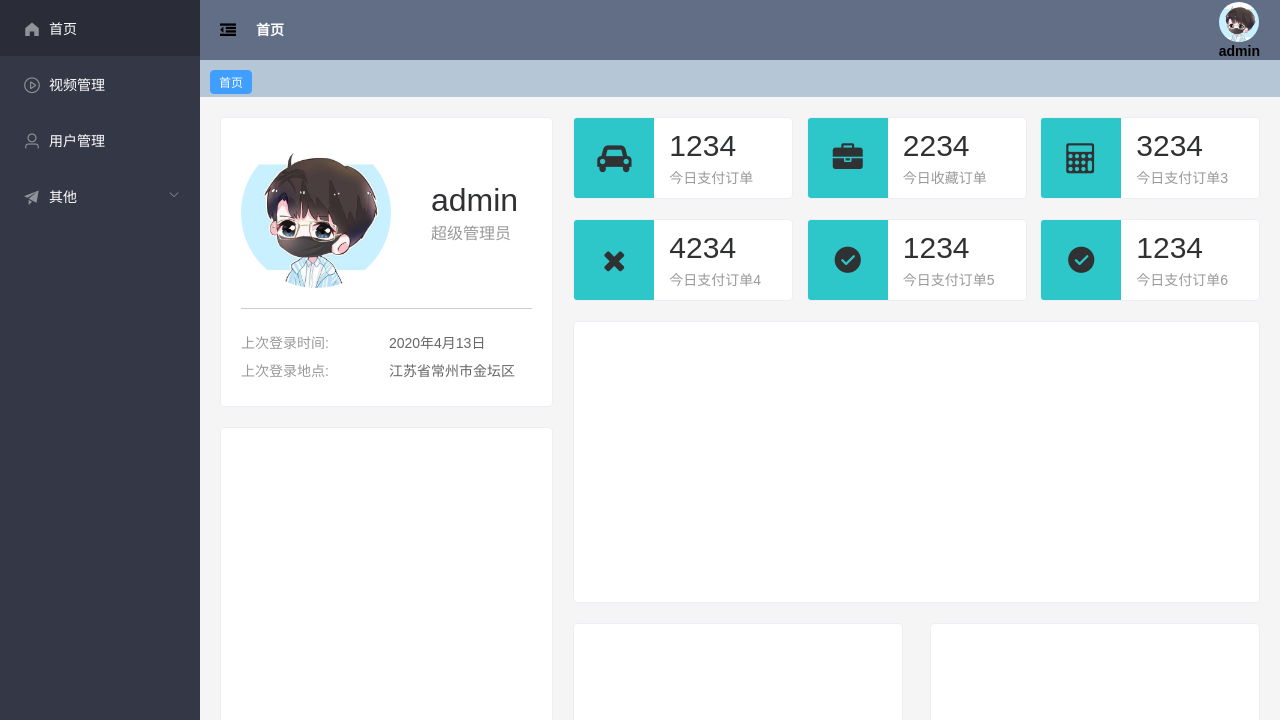
Repository: coWhy/vue-manage
Page: /
The author's editor kept a copy of each file at every save. The page is drawn from the files as they stood at one save, then again after the next save.
The browser window is 1280 px wide. The pictures show the whole page.
An inner scrolling area shows only its first screen. The project was rebuilt for these pictures with package versions that can differ from the ones it lists, and the page was loaded fresh each time. Also part of the build but not shown: vue.config.js.

Above is the page before, as saved 2020-04-13 23:55:13.

After the next save:
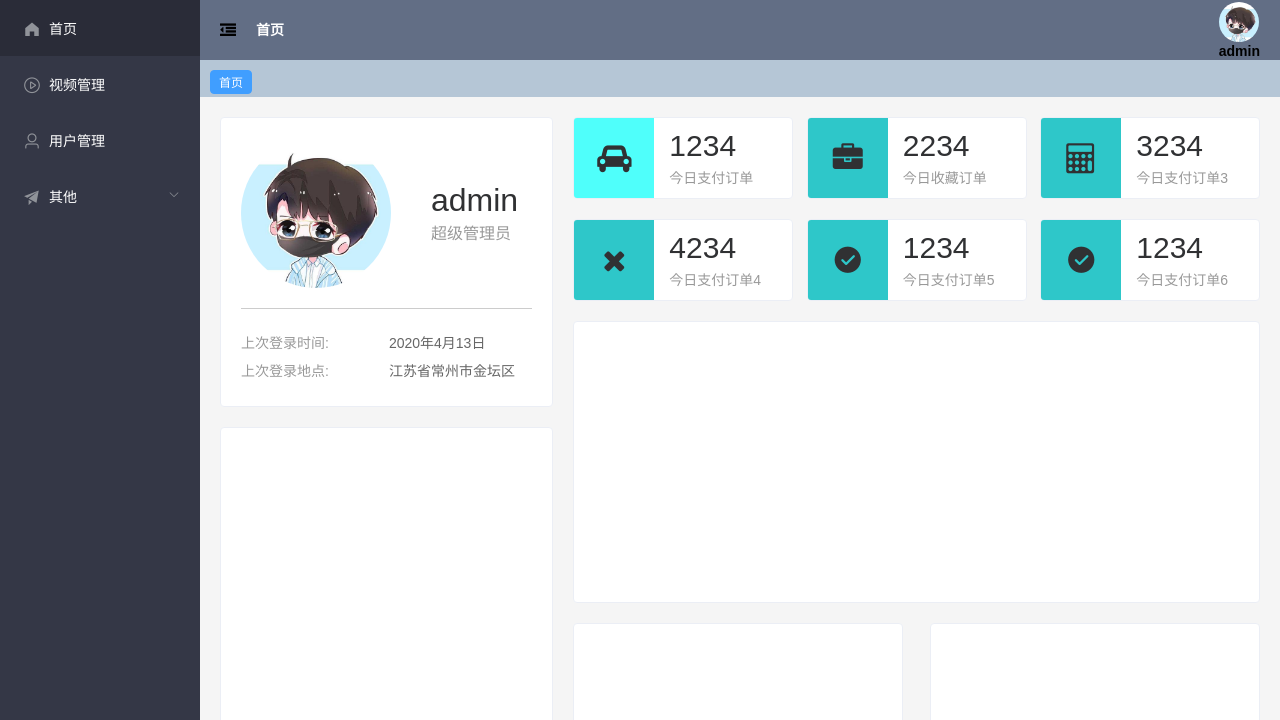
Saved 54 s later.
--- a/src/views/home/index.vue
+++ b/src/views/home/index.vue
@@ -75,7 +75,7 @@
           name: '今日支付订单',
           value: 1234,
           icon: 'fa fa-car',
-          color: '#2ec7c9'
+          color: '#4ffffb'
         },
         {
           name: '今日收藏订单',

After the save that followed:
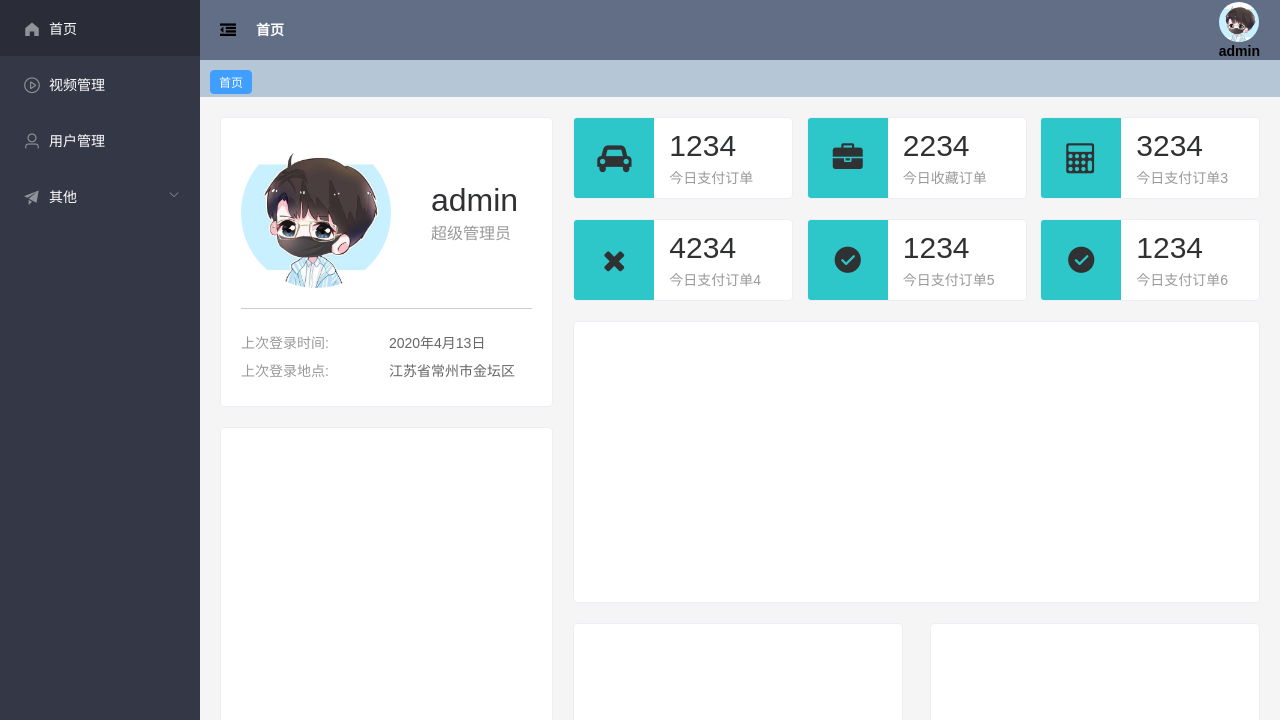
Saved 7 s later.
--- a/src/views/home/index.vue
+++ b/src/views/home/index.vue
@@ -75,7 +75,7 @@
           name: '今日支付订单',
           value: 1234,
           icon: 'fa fa-car',
-          color: '#4ffffb'
+          color: '#2ec7c9'
         },
         {
           name: '今日收藏订单',
